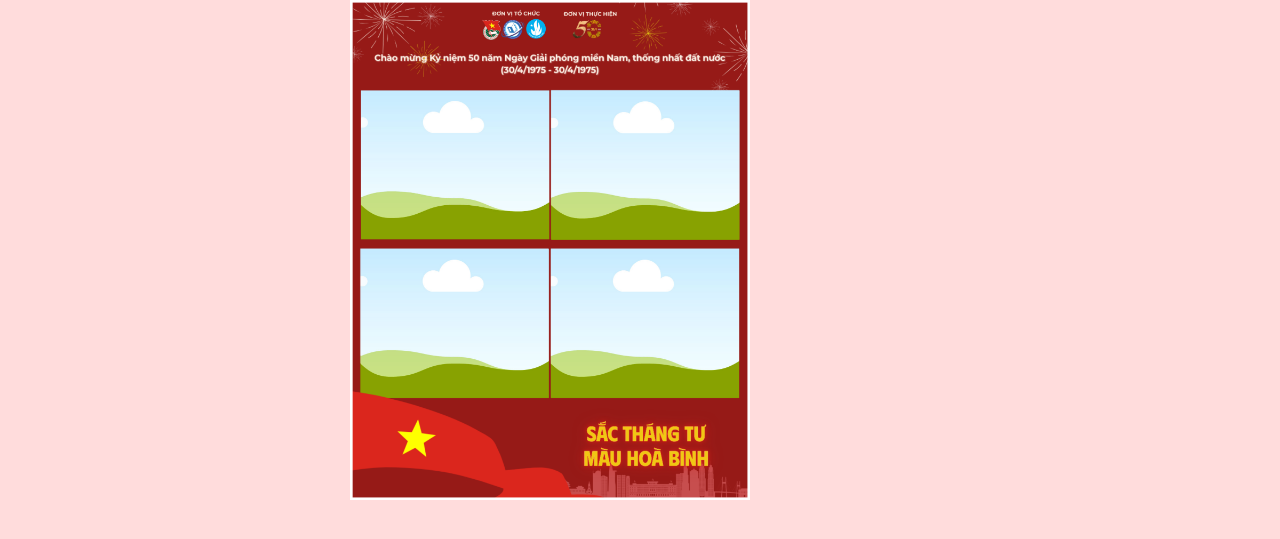
Repository: nguyentambinh/tuoitretdmu
Page: http://localhost/
An editor plug-in stored every save of this project. The page is shown before and after the next save, followed by the edit.
The browser window is 1280 px wide. The pictures show the whole page.
The page is run by PHP 8.4 with error messages shown; the project is at /var/www/html/.

Above is the page before, as saved 2025-04-10 12:36:37.

### index.php
<!DOCTYPE html>
<html lang="en">
<head>
    <meta charset="UTF-8">
    <meta name="viewport" content="width=device-width, initial-scale=1.0">
    <link rel="stylesheet" href="main.css">
    <script src="main.js"></script>
    <title></title>
</head>
<body>
    <div class="background-box">

    </div>
</body>
</html>

### main.css
body{
    background-color: #ffdcdc;
    width: 900px;
    margin: 0 auto;
    align-items: center;
    display: flex;
    justify-items: center;
}

.background-box{
    display: flex;
    justify-content: center;
    width: 80%;
    height: 500px;
    background-position: center;
    background-image: url('./picture/FRAMEPHOTOBOOTH304.png');
    background-size: contain;
    background-repeat: no-repeat;
}

Loaded but not shown: main.js (no copy from this time; the picture is the same without it)

After the next save:
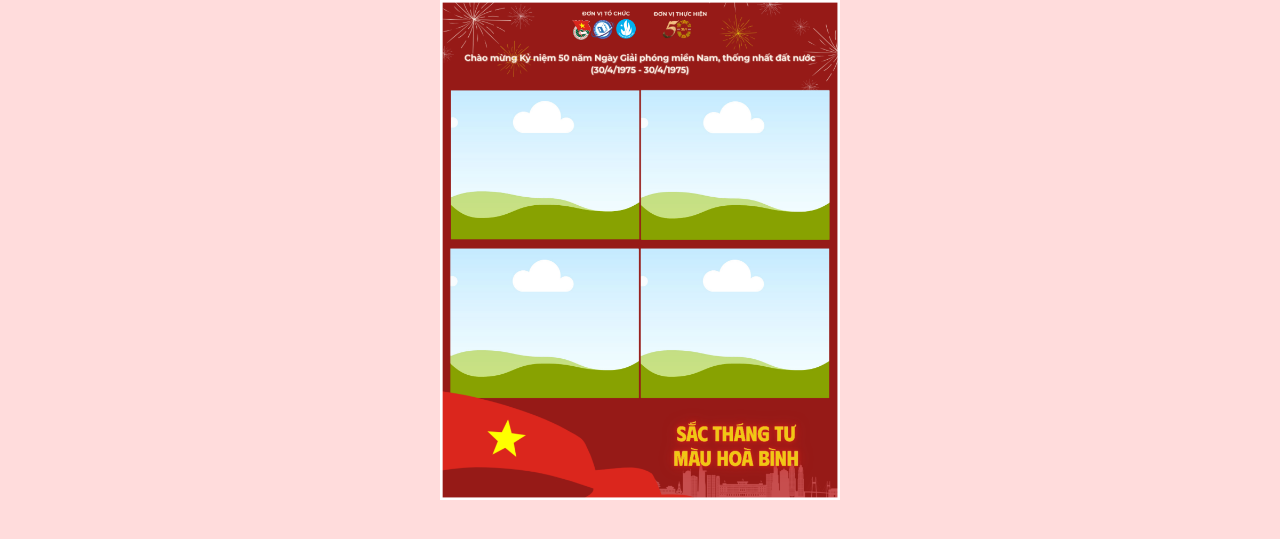
Saved 61 s later.
--- a/main.css
+++ b/main.css
@@ -4,7 +4,7 @@ body{
     margin: 0 auto;
     align-items: center;
     display: flex;
-    justify-items: center;
+    justify-content: center;
 }
 
 .background-box{
